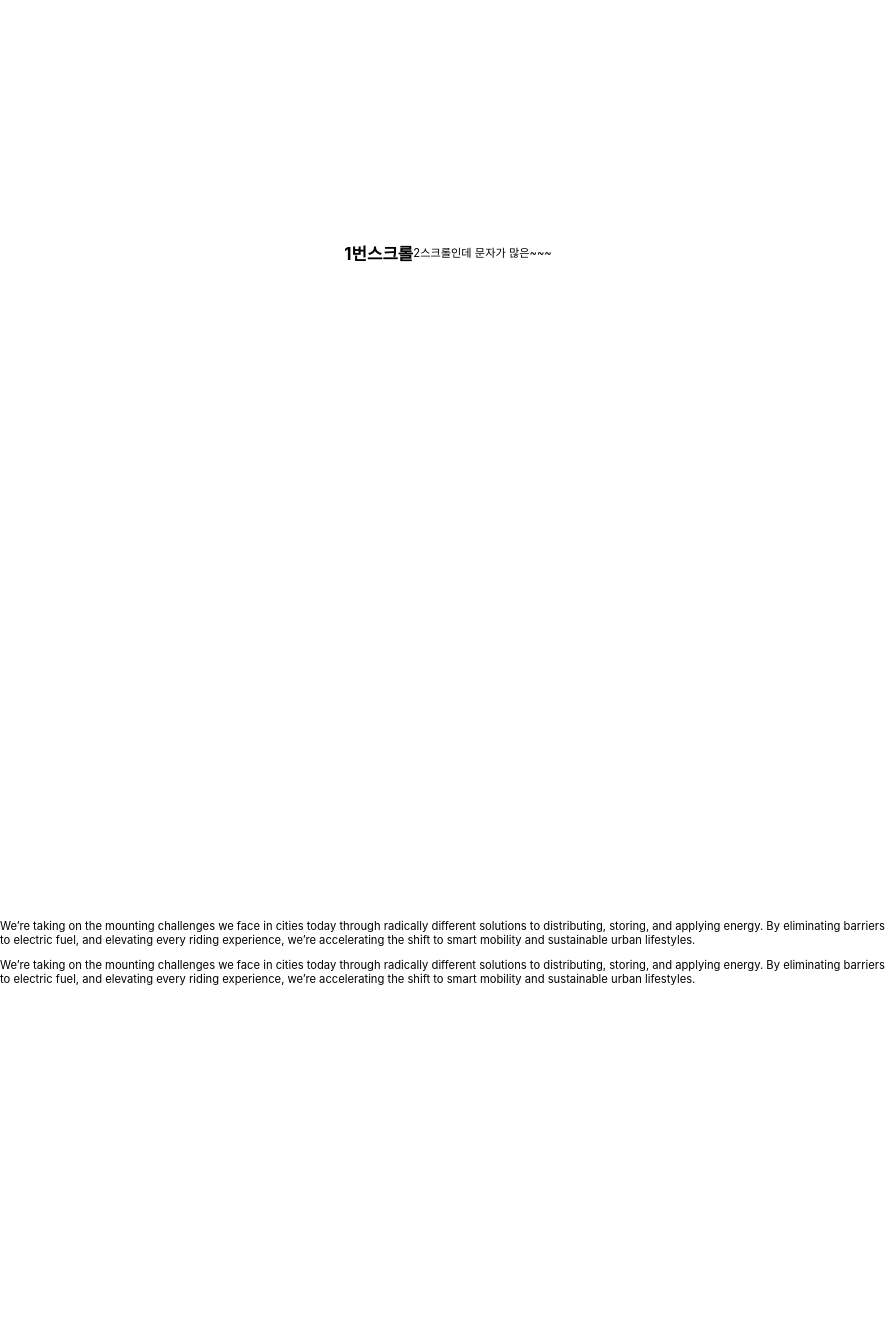
Repository: jiyeonyun/etc
Page: / (app in job/)
These files come from the project's save history. The page is drawn as it stood at one moment and after the next save; the edit follows.
The browser window is 1280 px wide. The pictures show the part of the page from y = 0 to 1920 px (the page is 2608 px tall), at 70% of full size.
The project was rebuilt for these pictures with package versions that can differ from the ones it lists, and the page was loaded fresh each time.

Above is the page before, as saved 2022-05-19 09:04:35.

### job/src/index.js
import React from 'react';
import ReactDOM from 'react-dom';
import './index.css';
import App from './app';
import reportWebVitals from './reportWebVitals';

ReactDOM.render(
  <React.StrictMode>
    <App />
  </React.StrictMode>,
  document.getElementById('root')
);
reportWebVitals();

### job/src/app.jsx
import styles from './app.module.css';
import Header from './components/header/header';
import Info from './components/info/info';

function App() {
  return (
    <div>
      <Header/>
      <Info/>
    </div>
  );
}

export default App;

### job/src/components/header/header.jsx
import React from 'react';
import styles from './header.module.css';
const Header = (props) => {
  return <header></header>;
};

export default Header;

### job/src/components/info/info.jsx
import React from 'react';
import styles from './info.module.css';
const Info = (props) => {
  return (
    <main>
      <section>
        <div className={styles.scrollContainer}>
          <div className={styles.stickyCopy}>
            <div className={styles.copyFirst}>
              <h1 className={styles.title}>1번스크롤</h1>
            </div>
            <div className={styles.copySecond}>
              <p className={styles.title}>2스크롤인데 문자가 많은~~~</p>
            </div>
          </div>
        </div>
        <div className={styles.scroll2}>
          <p>
            We’re taking on the mounting challenges we face in cities today through radically
            different solutions to distributing, storing, and applying energy. By eliminating
            barriers to electric fuel, and elevating every riding experience, we’re accelerating the
            shift to smart mobility and sustainable urban lifestyles.
          </p>
          <p>
            We’re taking on the mounting challenges we face in cities today through radically
            different solutions to distributing, storing, and applying energy. By eliminating
            barriers to electric fuel, and elevating every riding experience, we’re accelerating the
            shift to smart mobility and sustainable urban lifestyles.
          </p>
        </div>
      </section>
    </main>
  );
};

export default Info;

### job/src/components/info/info.module.css
.scrollContainer {
  position: relative;
  height: 180vh;
}
.scroll2 {
  position: relative;
  height: 180vh;
}
.stickyCopy {
  position: sticky;
  display: flex;
  top: 0;
  height: 100vh;
  justify-content: center;
  align-items: center;
  overflow: hidden;
  margin-left: auto;
  margin-right: auto;
}

Loaded but not shown: job/public/index.html (common file); job/src/index.css (common file); job/src/reportWebVitals.js (common file); job/src/app.module.css (no stored copy; drawn as an empty file); job/src/components/header/header.module.css (no stored copy; drawn as an empty file)

After the next save:
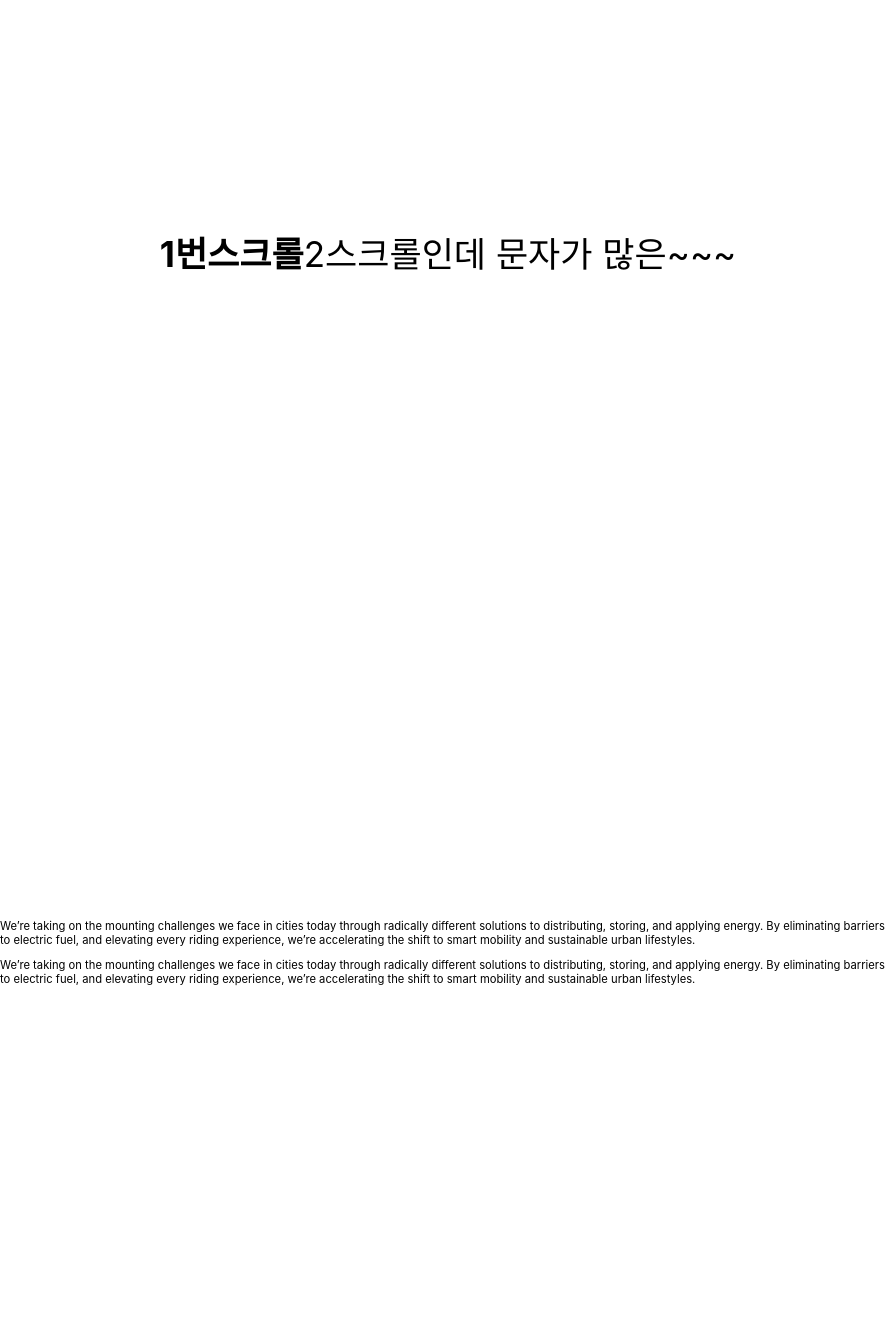
Saved 38 s later.
--- a/job/src/components/info/info.module.css
+++ b/job/src/components/info/info.module.css
@@ -17,3 +17,6 @@
   margin-left: auto;
   margin-right: auto;
 }
+.title {
+  font-size: 50px;
+}
